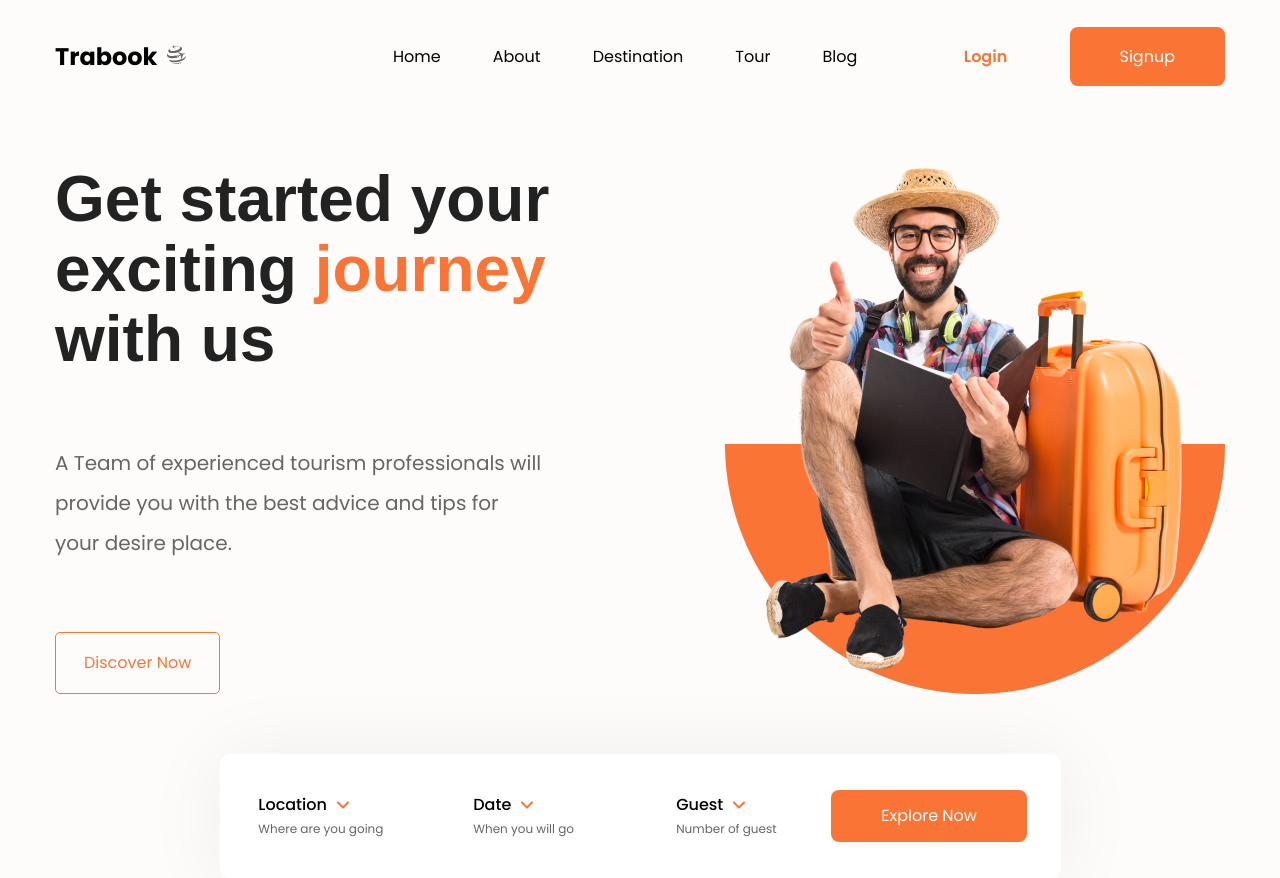
Repository: phobo99/phobo99.github.io
Page: Trabook/index.html
An editor plug-in stored every save of this project. The page is shown before and after the next save, followed by the edit.
The browser window is 1280 px wide. The pictures show the whole page.
Some web fonts or font styles are not loaded; a fallback is used. Some web libraries are served in a nearby version. The style sheet was rebuilt from its Sass, Less or Tailwind sources for each picture, by a compiler version that may differ from the author's.

Above is the page before, as saved 2022-06-18 23:44:10.

### Trabook/index.html
<!DOCTYPE html>
<html lang="en">

<head>
    <meta charset="UTF-8">
    <meta http-equiv="X-UA-Compatible" content="IE=edge">
    <meta name="viewport" content="width=device-width, initial-scale=1.0">
    <title>Responsive</title>
    <link
        href="https://fonts.googleapis.com/css2?family=Poppins:wght@300;400;500;600;700&family=Volkhov:wght@400;700&display=swap"
        rel="stylesheet">
    <link rel="stylesheet" href="https://cdnjs.cloudflare.com/ajax/libs/font-awesome/6.1.1/css/all.min.css"
        integrity="sha512-KfkfwYDsLkIlwQp6LFnl8zNdLGxu9YAA1QvwINks4PhcElQSvqcyVLLD9aMhXd13uQjoXtEKNosOWaZqXgel0g=="
        crossorigin="anonymous" referrerpolicy="no-referrer" />

    <link rel="stylesheet" href="reset.css">
    <link rel="stylesheet" href="style.css">
</head>

<body>
    <div class="container-fluid">
        <header class="header container">
            <div class="nav-bar">
                <div class="logo">
                    <span class="text-logo">Trabook</span>
                    <svg width="19" height="19" viewBox="0 0 19 19" fill="none" xmlns="http://www.w3.org/2000/svg">
                        <path
                            d="M1.64111 4.96058C1.79426 4.76583 1.99595 4.50221 2.15747 4.31379C2.6412 3.79446 2.70397 3.72638 3.14417 3.34242C3.27473 3.24108 3.42956 3.11917 3.58103 3.00437C2.46378 3.89896 2.32151 4.88933 3.3467 5.50129C3.34503 5.50129 3.34503 5.50129 3.34503 5.50287C4.77863 6.31987 7.92034 6.14333 10.3992 5.09675C12.8003 4.08342 13.6865 2.63388 12.5015 1.77254C11.4612 1.58808 10.221 1.56671 8.90871 1.73296L8.7723 1.52L8.88528 1.16692C9.6569 1.10121 10.39 1.11704 11.0227 1.21917C11.1759 1.24371 11.3776 1.28567 11.5282 1.31575C11.8194 1.38304 11.9776 1.42342 12.1676 1.48121C12.3617 1.53583 12.5274 1.59046 12.8162 1.69179C13.099 1.79708 13.2212 1.84458 13.448 1.95146C13.702 2.06108 13.9488 2.18506 14.187 2.32275C16.0751 3.44612 14.9009 5.49575 11.5692 6.90017C8.24673 8.29983 4.01287 8.51992 2.11563 7.41C2.11479 7.40842 2.11228 7.40683 2.10726 7.40525H2.11061C1.07453 6.78458 0.965735 5.88367 1.64111 4.96058ZM10.2854 12.8139L10.2586 11.552L9.31042 10.5545C6.17792 11.2258 3.09898 11.0817 1.38669 10.1278C1.38084 10.1215 1.36661 10.1151 1.36075 10.1088C0.391624 9.54433 0.152272 8.816 0.225082 8.02433C-0.00171646 9.18254 -0.0201282 9.60054 0.0125108 10.5917C0.0526817 11.2124 0.431795 11.7847 1.19421 12.236L1.20007 12.2423C3.02533 13.3158 6.82819 13.5486 10.2854 12.8139ZM14.2397 14.2587C9.81842 15.9362 4.28486 16.0352 1.8813 14.4827C2.14087 15.0828 2.49406 15.6427 2.92909 16.1437C5.13515 17.5687 10.2143 17.4776 14.2707 15.9378C16.645 15.0377 18.143 13.8399 18.5364 12.7173L18.6468 12.3793C18.9088 11.5227 18.9582 10.8094 19 10.1745C18.9523 11.5528 17.2358 13.1203 14.2397 14.2587ZM4.47986 17.4895C4.61878 17.6146 5.05564 18.122 7.26923 18.6825C7.86761 18.8076 9.37402 19.209 12.1567 18.6255L12.1734 18.3857L11.9533 18.0595C9.37151 18.6374 6.50347 18.4442 4.47986 17.4895ZM10.8687 7.50737L13.2196 9.19283C13.2196 9.19283 13.7225 9.53563 13.248 9.77629C12.7752 10.0146 11.5608 10.598 11.5608 10.598L10.3616 10.1745L9.75983 10.4278L10.821 11.2995L10.8294 12.6556L11.4529 12.3935L11.8663 11.248C11.8663 11.248 13.1359 10.7857 13.6397 10.6115C14.146 10.4413 14.0782 11.024 14.0782 11.024L13.8288 13.8035L14.6573 13.4552L16.0215 9.70504C16.0215 9.70504 16.7446 9.37254 17.2534 9.08042C17.7614 8.78829 17.9355 8.30379 17.9355 8.30379C17.9355 8.30379 17.44 8.10192 16.8693 8.26421C16.2985 8.42492 15.5545 8.7115 15.5545 8.7115L11.6947 7.16062L10.8687 7.50737ZM5.89505 2.17471L7.49101 3.37725L7.92703 3.3155L7.05833 2.23646C7.05833 2.23646 6.8692 2.01321 7.12361 1.96017C7.3797 1.90633 8.02746 1.78125 8.02746 1.78125L8.51453 2.14937L8.8426 2.10346L8.47101 1.54454L8.66685 0.924667L8.34966 0.968208L7.9739 1.44004C7.9739 1.44004 7.31443 1.49862 7.05499 1.51921C6.79388 1.53821 6.90602 1.273 6.90602 1.273L7.40648 0L6.96795 0.0609583L5.81303 1.65142C5.81303 1.65142 5.42806 1.71792 5.14938 1.79313C4.86985 1.86754 4.72256 2.07179 4.72256 2.07179C4.72256 2.07179 4.9276 2.22854 5.21633 2.223C5.50757 2.21746 5.89505 2.17471 5.89505 2.17471ZM13.7828 17.6265L12.7501 17.1158L12.5124 17.1942L13.1242 17.712C13.1242 17.712 13.2547 17.8172 13.1175 17.8735C12.9802 17.9289 12.6304 18.065 12.6304 18.065L12.3417 17.9431L12.1701 18.0017L12.4103 18.244L12.3868 18.5978L12.5659 18.5392L12.6998 18.2519C12.6998 18.2519 13.0631 18.1497 13.2078 18.1133C13.3518 18.0761 13.3192 18.236 13.3192 18.236L13.1827 19L13.4213 18.9216L13.8891 17.9115C13.8891 17.9115 14.0958 17.8347 14.2439 17.7642C14.3921 17.6937 14.4506 17.5639 14.4506 17.5639C14.4506 17.5639 14.3192 17.4958 14.1569 17.5299C13.9937 17.5623 13.7828 17.6265 13.7828 17.6265Z"
                            fill="#666666" />
                    </svg>
                </div>
                <div class="menu-list">
                    <ul class="menu">
                        <li>Home</li>
                        <li>About</li>
                        <li>Destination</li>
                        <li>Tour</li>
                        <li>Blog</li>
                    </ul>
                </div>
                <div class="nav-login">
                    <span class="login">Login</span>
                    <span class="sign-up button-primary">Signup</span>
                </div>
            </div>
            <div class="content">
                <div class="content-left">
                    <h1 class="header-content">Get started your exciting <span class="text-org">journey</span> with us
                    </h1>
                    <span class="desc-content">A Team of experienced tourism professionals will provide you with the
                        best advice and tips for
                        your desire place. </span>
                    <div class="button-secondary">
                        Discover Now
                    </div>
                </div>
                <div class="content-right">
                    <img src="./img/people-01.png" alt="" class="img-people">
                </div>
            </div>
            <div class="search-bar">
                <div class="list-search">
                    <div class="item-search">
                        <div class="title-item">
                            <p class="heading-title">Location</p>
                            <svg width="12" height="8" viewBox="0 0 12 8" fill="none"
                                xmlns="http://www.w3.org/2000/svg">
                                <path d="M1 1.5L6 6.5L11 1.5" stroke="#FA7436" stroke-width="2" stroke-linecap="round"
                                    stroke-linejoin="round" />
                            </svg>
                        </div>
                        <div class="desc-item">
                            Where are you going
                        </div>
                    </div>
                    <div class="item-search">
                        <div class="title-item">
                            <p class="heading-title">Date</p>
                            <svg width="12" height="8" viewBox="0 0 12 8" fill="none"
                                xmlns="http://www.w3.org/2000/svg">
                                <path d="M1 1.5L6 6.5L11 1.5" stroke="#FA7436" stroke-width="2" stroke-linecap="round"
                                    stroke-linejoin="round" />
                            </svg>
                        </div>
                        <div class="desc-item">
                            When you will go
                        </div>
                    </div>
                    <div class="item-search">
                        <div class="title-item">
                            <p class="heading-title">Guest</p>
                            <svg width="12" height="8" viewBox="0 0 12 8" fill="none"
                                xmlns="http://www.w3.org/2000/svg">
                                <path d="M1 1.5L6 6.5L11 1.5" stroke="#FA7436" stroke-width="2" stroke-linecap="round"
                                    stroke-linejoin="round" />
                            </svg>
                        </div>
                        <div class="desc-item">
                            Number of guest
                        </div>
                    </div>
                    <div class="button-primary">
                        Explore Now
                    </div>
                </div>
            </div>
        </header>
    </div>
</body>

</html>

### Trabook/style.scss
$bg-color: #fefcfb;
$bg-second: #f7f8fc;
$primary-color: #fa7436;
$header-color: #222;
$gray-color: #666666;

@mixin size($width, $height: $width) {
  width: $width;
  height: $height;
}
@mixin flexbox(
  $align: flex-start,
  $justify: flex-start,
  $flex-direction: row,
  $wrap: nowrap
) {
  display: flex;
  align-items: $align;
  justify-content: $justify;
  flex-direction: $flex-direction;
  flex-wrap: $wrap;
}
html {
  font-size: 62.5%;
}
* {
  box-sizing: border-box;
}
body {
  font-size: 1.6rem;
  font-family: "Poppins", sans-serif;
  font-weight: normal;
  background-color: #fefcfb;
}

a {
  text-decoration: none;
}

img {
  display: block;
  max-width: 100%;
}
h1 {
  font-family: "Volkhov", sans-serif;
  font-weight: 700;
  font-size: 64px;
  line-height: 70px;
  color: $header-color;
}
.container-fluid {
  .container {
    max-width: 1170px;
    margin: 0 auto;
  }
  .text-org {
    color: $primary-color;
  }
  .desc-content {
    color: $gray-color;
    line-height: 2;
    font-size: 20px;
  }
  .button-primary {
    padding: 18px 50px;
    background-color: $primary-color;
    color: white;
    border-radius: 8px;
    cursor: pointer;
    &:hover {
      opacity: 0.7;
      transition: all 0.2s linear;
    }
  }
  .header {
    .nav-bar {
      display: flex;
      @include size(100%, 114px);
      align-items: center;
      justify-content: space-between;
      .logo {
        display: flex;
        cursor: pointer;
        .text-logo {
          font-size: 24px;
          font-weight: bold;
          margin-right: 10px;
        }
      }
      .menu-list {
        margin-right: -10rem;
        .menu {
          @include flexbox(stretch, center);
          gap: 32px;
          li {
            padding: 10px;
            border-radius: 5px;
            cursor: pointer;
            &:hover {
              background-color: $primary-color;
              transition: all 0.2s linear;
            }
          }
        }
      }
      .nav-login {
        .login {
          font-size: 16px;
          font-weight: 600;
          color: $primary-color;
          cursor: pointer;
          margin-right: 58px;
        }
      }
    }
    .content {
      @include size(100%, 530px);
      @include flexbox(stretch, space-between);
      margin-top: 50px;
      .content-left {
        @include flexbox(stretch, space-between, column);
        @include size(490px, auto);
        .header-content {
          width: 521px;
        }
        .button-secondary {
          width: fit-content;
          padding: 22px 28px;
          border: 1px solid $primary-color;
          border-radius: 5px;
          color: $primary-color;
          cursor: pointer;
          &:hover {
            background-color: $primary-color;
            color: white;
            transition: all 0.2s linear;
          }
        }
      }
      .content-right {
      }
    }
    .search-bar {
      background-color: white;
      width: 841px;
      height: 124px;
      margin: 0 auto;
      margin-top: 6rem;
      box-shadow: 0px 2px 80px 2px rgba(0, 0, 0, 0.06);
      border-radius: 10px;
      .list-search {
        width: 100%;
        height: 100%;
        padding-right: 30px;
        display: grid;
        grid-template-columns: 1fr 1fr 1fr 1fr;
        justify-items: center;
        align-items: center;
        .item-search {
          .title-item {
            width: fit-content;
            display: flex;
            justify-content: center;
            align-items: center;
            font-weight: bold;
            margin-bottom: 10px;
            .heading-title {
              margin: 0 10px 0 0;
              font-weight: 500;
            }
          }
          .desc-item {
            font-size: 12px;
            color: $gray-color;
          }
        }
      }
    }
  }
}
@media screen and (min-width: 768px) {
}
@media screen and (max-width: 767px) {
}

Loaded but not shown: Trabook/reset.css (common file)

After the next save:
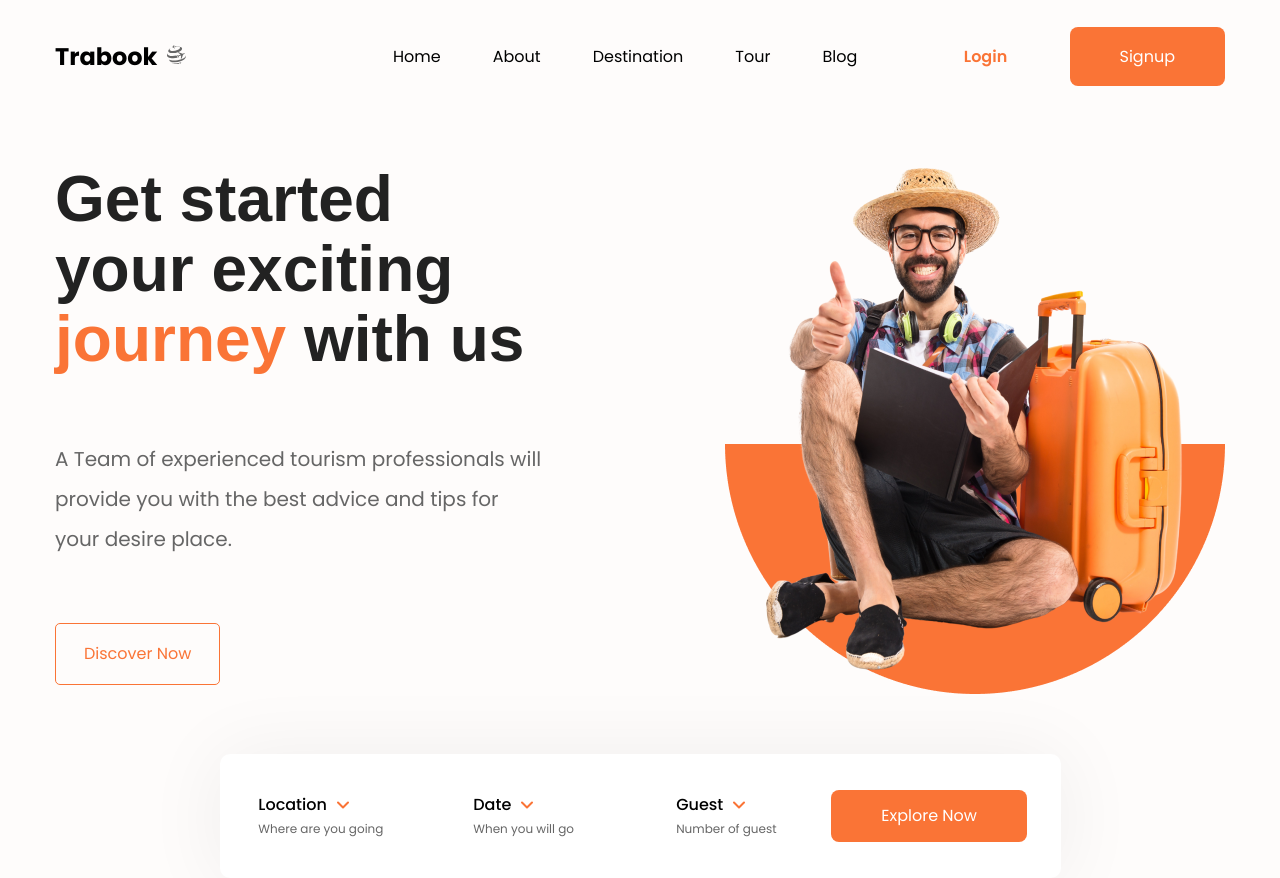
Saved 6 min 2 s later.
--- a/Trabook/style.scss
+++ b/Trabook/style.scss
@@ -119,9 +119,8 @@
       margin-top: 50px;
       .content-left {
         @include flexbox(stretch, space-between, column);
-        @include size(490px, auto);
+        @include size(490px, 521px);
         .header-content {
-          width: 521px;
         }
         .button-secondary {
           width: fit-content;

After the 2 saves that followed:
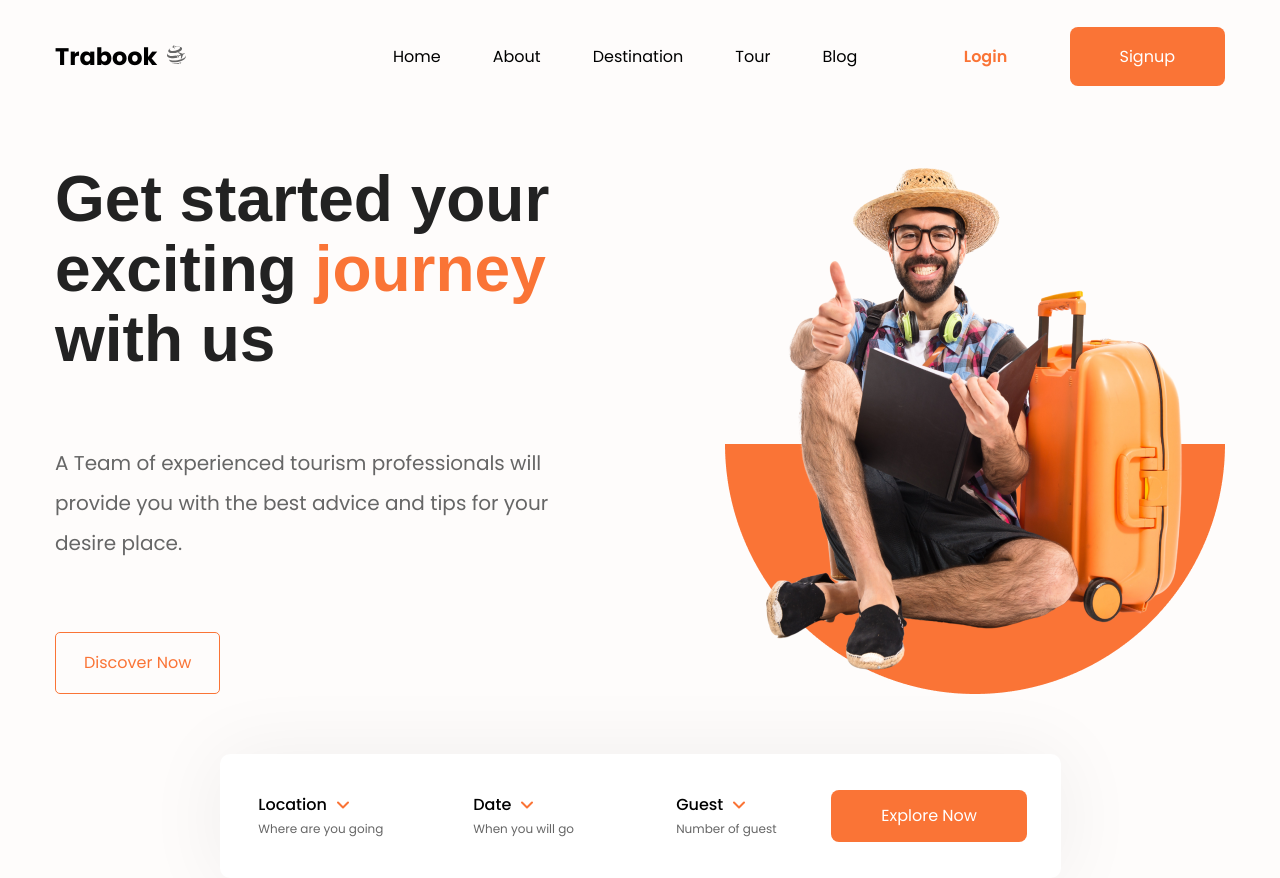
The 2 saves are shown as one change because 1 did not build or start.
The last was saved 21 s later.
--- a/Trabook/style.scss
+++ b/Trabook/style.scss
@@ -119,8 +119,12 @@
       margin-top: 50px;
       .content-left {
         @include flexbox(stretch, space-between, column);
-        @include size(490px, 521px);
+        @include size(490px, auto);
         .header-content {
+          width: 521px;
+        }
+        .desc-content {
+          width: 521px;
         }
         .button-secondary {
           width: fit-content;
